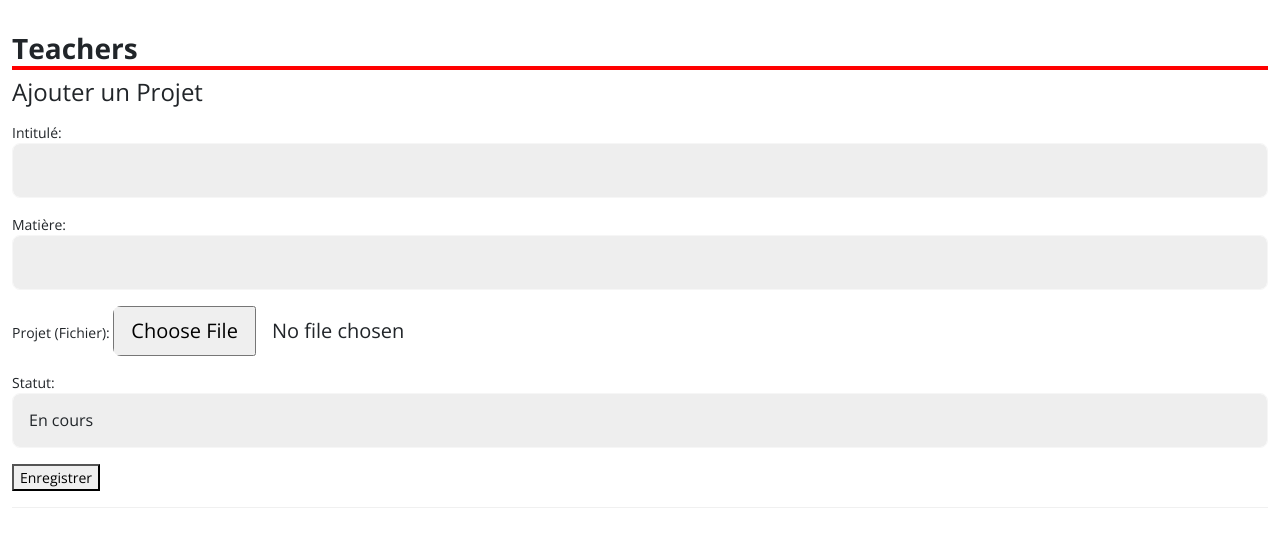
Repository: dimitri0004/Moodle
Page: http://localhost/enseignant/projet/ajouter
The author's editor kept a copy of each file at every save. The page is drawn from the files as they stood at one save, then again after the next save.
The browser window is 1280 px wide. The pictures show the whole page.
The page is served by the project's application, run on Django 4.2 (manage.py).

Above is the page before, as saved 2023-08-16 14:58:46.
Console error: TypeError: Cannot set properties of null (setting 'innerHTML')

After the next save:
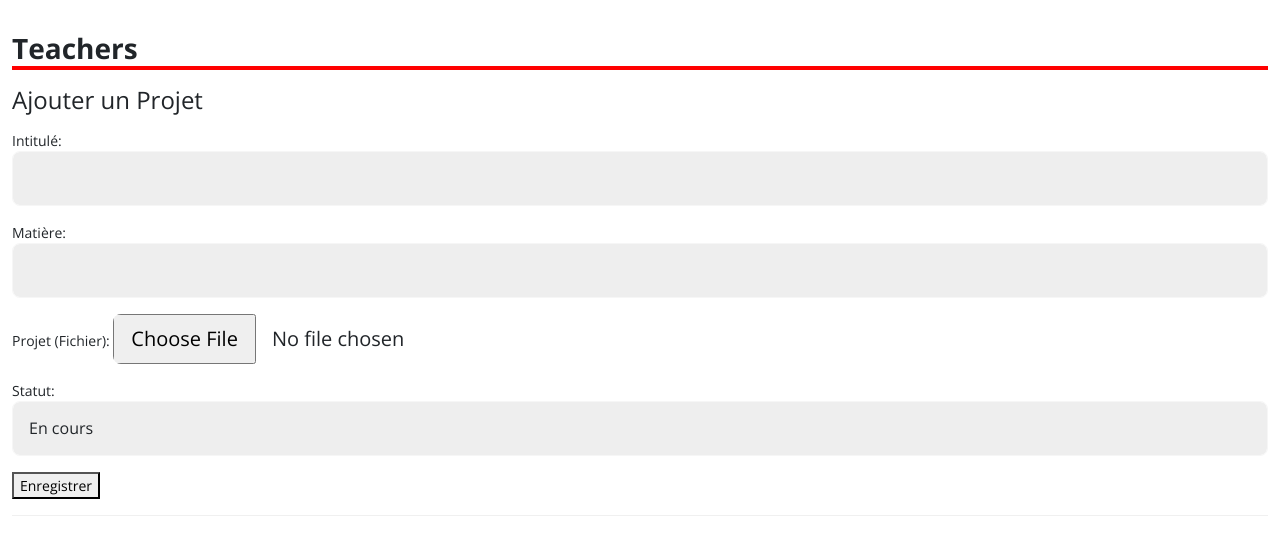
Saved 19 s later.
--- a/templates/Enseignant/projet.html
+++ b/templates/Enseignant/projet.html
@@ -13,8 +13,8 @@
                 <div class="col-md-12">
                     <div class="card border-0 mb-4 no-bg">
                         <div class="card-header py-3 px-0  align-items-center  justify-content-between border-bottom">
-                            <h3 class=" fw-bold flex-fill mb-2" style="border-bottom: 4px solid red; ">Teachers</h3>
-                            <h4 class="primary mb-3" >Ajouter un Projet</h4>
+                            <h3 class=" fw-bold flex-fill mb-3" style="border-bottom: 4px solid red; ">Teachers</h3>
+                            <h4 class="mb-3" >Ajouter un Projet</h4>
 
 
                             <form method="post"   enctype="multipart/form-data">
